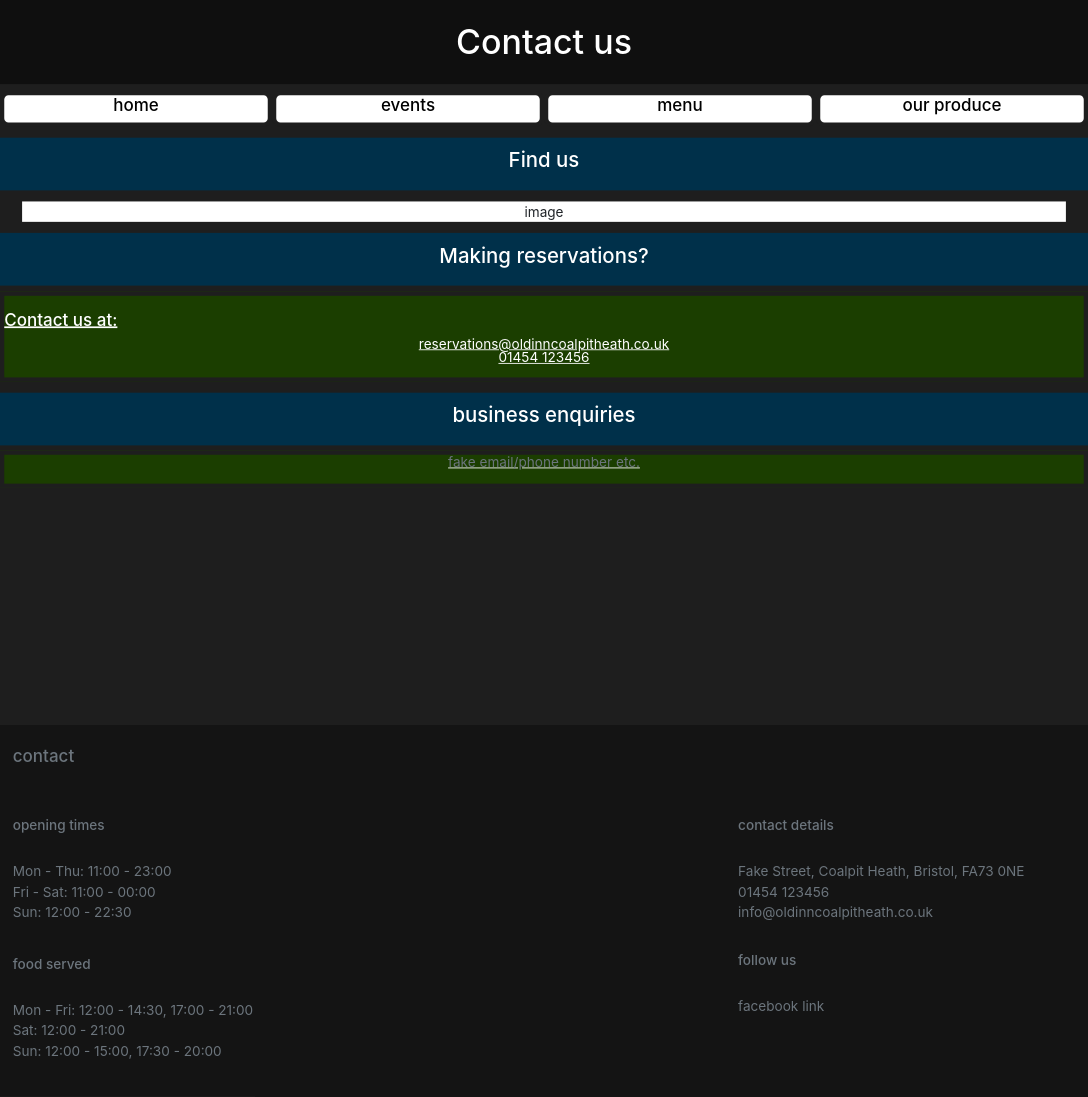
Repository: Code-Institute-Submissions/JamesLStudent-Milestone_One
Page: contacts.html
The author's editor kept a record of every edit. The page is drawn from the files as they stood at one moment, then again after the next edit.
The browser window is 1280 px wide. The pictures show the whole page, at 85% of full size.

Above is the page before.
Console error: TypeError: Cannot read properties of undefined (reading 'fn')

### contacts.html
<!DOCTYPE html>
<html lang="en">

<head>
    <meta charset="UTF-8">
    <meta name="viewport" content="width=device-width, initial-scale=1.0">
    <meta http-equiv="X-UA-Compatible" content="ie=edge">
    <title>Old Inn - Contact details</title>
    <link href="Assets/main.css" rel="stylesheet" type="text/css" />
    <link rel="stylesheet" href="https://stackpath.bootstrapcdn.com/bootstrap/4.3.1/css/bootstrap.min.css" integrity="sha384-ggOyR0iXCbMQv3Xipma34MD+dH/1fQ784/j6cY/iJTQUOhcWr7x9JvoRxT2MZw1T" crossorigin="anonymous">
    <script src="https://stackpath.bootstrapcdn.com/bootstrap/4.3.1/js/bootstrap.min.js" integrity="sha384-JjSmVgyd0p3pXB1rRibZUAYoIIy6OrQ6VrjIEaFf/nJGzIxFDsf4x0xIM+B07jRM" crossorigin="anonymous"></script>
</head>

<body class="bg">
    <div class="h1-box">
        <h1>Contact us</h1>
    </div>
    <a href="index.html">
        <div class="col-6 col-md-12 col-lg-3 navigation-item black-text">
            <h5>home</h5>
        </div>
    </a>
    <a href="events.html">
        <div class="col-6 col-md-12 col-lg-3 navigation-item black-text">
            <h5>events</h5>
        </div>
    </a>
    <a href="menu.html">
        <div class="col-12 col-md-12 col-lg-3 navigation-item black-text">
            <h5>menu</h5>
        </div>
    </a>
    <a href="produce.html">
        <div class="col-12 col-md-12 col-lg-3 navigation-item black-text">
            <h5>our produce</h5>
        </div>
    </a>
    <div class="centerer">
        <div class="subtitle">
            <h4>Find us</h4>
        </div>
        <div class="image spacer">image</div>
        <div class="subtitle">
            <h4>Making reservations?</h4>
        </div>
        <div class="sub-box">
            <p class="text-muted">
                <h5 class="left-align">Contact us at:</h5>
                reservations@oldinncoalpitheath.co.uk</br>
                01454 123456
            </p>
        </div>
        <div class="subtitle">
            <h4>business enquiries</h4>
        </div>
        <div class="sub-box">
            <p class="text-muted">fake email/phone number etc.</p>
        </div>
    </div>
    <footer>
        <div class="footer inline">
                <div class="col-12 footer-div text-muted">
                    <h5>contact</h5>
                </div>
                <div class="col-12 col-md-6 col-lg-8 left footer-div text-muted left-align">
                    <h6>opening times</h6>
                    <p class="left-align">
                        </br>
                        Mon - Thu: 11:00 - 23:00</br>
                        Fri - Sat: 11:00 - 00:00</br>
                        Sun: 12:00 - 22:30</br>
                        </br>
                    </p>
                    <h6>food served</h6>
                    <p class="left-align">
                        </br>
                        Mon - Fri: 12:00 - 14:30, 17:00 - 21:00</br>
                        Sat: 12:00 - 21:00</br>
                        Sun: 12:00 - 15:00, 17:30 - 20:00</p>
                </div>
                <div class="col-12 col-md-6 col-lg-4 left footer-div text-muted left-align">
                    <h6>contact details</h6>
                    <p class="left-align">
                        </br>Fake Street, Coalpit Heath, Bristol, FA73 0NE</br>01454 123456</br>
                        info@oldinncoalpitheath.co.uk</p>
                    <h6></br>follow us</h6>
                    <p></br>facebook link</p>
                </div>
            </div>
    </div>
    </footer>
</body>

</html>

### Assets/main.css
/*----------------- STYLES APPEARING ON MULTIPLE PAGES -----------------*/

.bg {
    position: absolute;
    top: 0;
    left: 0;
    bottom: 0;
    right: 0;
    display: block;
    background-color: #1e1e1e;
}

h1 {
    text-align: center;
    min-height: 40px;
    height: auto;
    padding: 2% 0 2% 0;
    color: #FFFFFF;
    background: rgba(0, 0, 0, 0.5);
}

.subtitle {
    text-align: center;
    padding: 3% 0 3% 0;
    margin: 5% 0 0 0;
    display: inline-block;
    width: 100%;
    min-height: 15px;
    height: auto;
    background-color: #00304A;
    color: #FFFFFF;
}

.sub-box {
    background-color: #1B3E00;
    height: auto;
    border: 5px solid #1e1e1e;
    line-height: 100%;
    margin-top: 3%;
    min-height: 6%;
    height: auto;
    color: #FFFFFF;
    text-decoration: underline;
}

.black-text {
    color: black;
}

.white-text {
    color: #FFFFFF;
}

footer {
    min-height: 20%;
    height: auto;
    display: block;
    bottom: 0;
    position: relative;
}

.footer {
    display: inline-block;
    margin-top: 5%;
    width: 100%;
    min-height: 100%;
    height: auto;
    background-color: #141414;
}

.centerer {
    height: 100%;
    text-align: center;
}

.left {
    float: left;
}

.right {
    float: right;
}

.clear {
    padding: 0;
    margin: 0;
}

.footer-div {
    padding: 2%;
}

.left-align {
    text-align: left;
}

.inline {
    display: inline-block;
}

.no-deco {
    text-decoration: none;
}

/*----------------- MAIN NAV ITEM -----------------*/

.navigation-item {
    background-color: #FFFFFF;
    float: left;
    text-align: center;
    border-radius: 10px;
    border: 5px solid #1e1e1e;
}

/*----------------- HOMEPAGE STYLE -----------------*/

.history {
    margin: 5% 2% 0 2%;
    display: inline-block;
    text-align: center;
    width: 96%;
    min-height: 50%;
    height: auto;
    background-color: #4A0030;
    padding: 0 2% 0 2%;
}

.alt-link {
    margin: 1% 2% 0% 2%;
    display: inline-block;
    text-align: center;
    width: 96%;
    min-height: 5%;
    height: auto;
    background-color: #2D2D2D;
    color: #FFFFFF;
}

.index-h1-background {
    background-image: url("./images/index-h1.jpg");
    background-position: center;
    background-repeat: no-repeat;
    background-size: cover;
    min-height: auto;
}

.history-img-one {
    background-image: url("./images/history-1.jpg");
    background-position: center;
    background-repeat: no-repeat;
    background-size: cover;
    height: 200px;
    width: 250px;
}

.history-img-two {
    background-image: url("./images/history-2.jpg");
    background-position: center;
    background-repeat: no-repeat;
    background-size: cover;
    height: 200px;
    width: 250px;
}

/*----------------- MENU STYLE -----------------*/

.small-link {
    line-height: 100%;
    display: inline-block;
    text-align: center;
    height: auto;
    background-color: #4A0030;
    border-radius: 10px;
    border: 5px solid #1e1e1e;
    color: #FFFFFF;
}

.small-link:hover {
    text-decoration: none;
    color: #FFFFFF;
    background-color: #320121;
}

.food {
    width: 30%;
    float: left;
    padding: 0;
}

.food-desc {
    width: 50%;
    float: left;
    border-left: 1px solid white;
    border-right: 1px solid white;
}

.food-cost {
    width: 20%;
    float: left;
}

.vert-align {
    position: relative;
    top: 50%;
    transform: translateY(-50%);
}

.menu-h1-background {
    background-image: url("./images/menu-h1.jpg");
    background-position: center;
    background-repeat: no-repeat;
    background-size: cover;
    min-height: auto;
}

/*----------------- EVENTS STYLE -----------------*/

.img-text {
    background-color: #304A00;
    height: auto;
    border-bottom: 5px solid #1e1e1e;
    border-right: 5px solid #1e1e1e;
    border-left: 5px solid #1e1e1e;
    line-height: 100%;
}

.image {
    height: auto;
    width: 96%;
    margin: 2% 2% 0 2%;
    background-color: #FFFFFF;
    overflow: hidden;
}

.spacer {
    margin-top: 5%;
}

.events-h1-background {
    background-image: url("./images/events-h1.jpg");
    background-position: center;
    background-repeat: no-repeat;
    background-size: cover;
    min-height: auto;
}

.moth-day {
    background-image: url("./images/moth-day.jpg");
}

.fath-day {
    background-image: url("./images/fath-day.jpg");
}

.christmas {
    background-image: url("./images/christmas.png");
}

.easter {
    background-image: url("./images/easter.jpg");
}

.events-img {
    background-position: center;
    background-repeat: no-repeat;
    background-size: cover;
    height: 150px;
    width: 290px;
}

/*----------------- PRODUCE STYLE -----------------*/

.produce {
    padding: 0 3% 0 3%;
}

.produce-h1-background {
    background-image: url("./images/produce-h1.jpg");
    background-position: center;
    background-repeat: no-repeat;
    background-size: cover;
    min-height: auto;
}

/*----------------- PRODUCE STYLE -----------------*/

.contacts-h1-background {
    background-image: url("./images/contacts-h1.jpg");
    background-position: center;
    background-repeat: no-repeat;
    background-size: cover;
    min-height: auto;
}

/*----------------- TABLET MEDIA QUERIES -----------------*/

@media (min-width: 768px) {
    .footer {
        margin-top: 3%;
    }
    .history {
        margin-top: 3%;
    }
    .alt-link {
        margin-top: 1%;
    }
    .subtitle {
        margin-top: 2.5%;
        padding: 1% 0 1% 0;
    }
    .spacer {
        margin-top: 3%;
    }
    .sub-box {
        margin-top: 2%;
    }
    .history-img-one {
        height: 400px;
        width: 450px;
    }
    .history-img-two {
        height: 500px;
        width: 550px;
    }
    .events-img {
        height: 190px;
        width: 730px;
    }
}

/*----------------- DESKTOP MEDIA QUERIES -----------------*/

@media (min-width: 992px) {
    .footer {
        margin-top: 2%;
    }
    .history {
        margin-top: 1%;
    }
    .alt-link {
        margin-top: 0.5%;
    }
    .subtitle {
        margin-top: 1%;
    }
    .spacer {
        margin-top: 1%;
    }
    .sub-box {
        margin-top: 0.5%;
    }
    .history-img-one {
        margin: 2% 2% 2% 2%;
        float: left;
    }
    .history-img-two {
        margin: 2% 2% 2% 2%;
        float: right;

    }
    .events-img {
        height: 230px;
        width: 1220px;
    }
}

After the next edit:
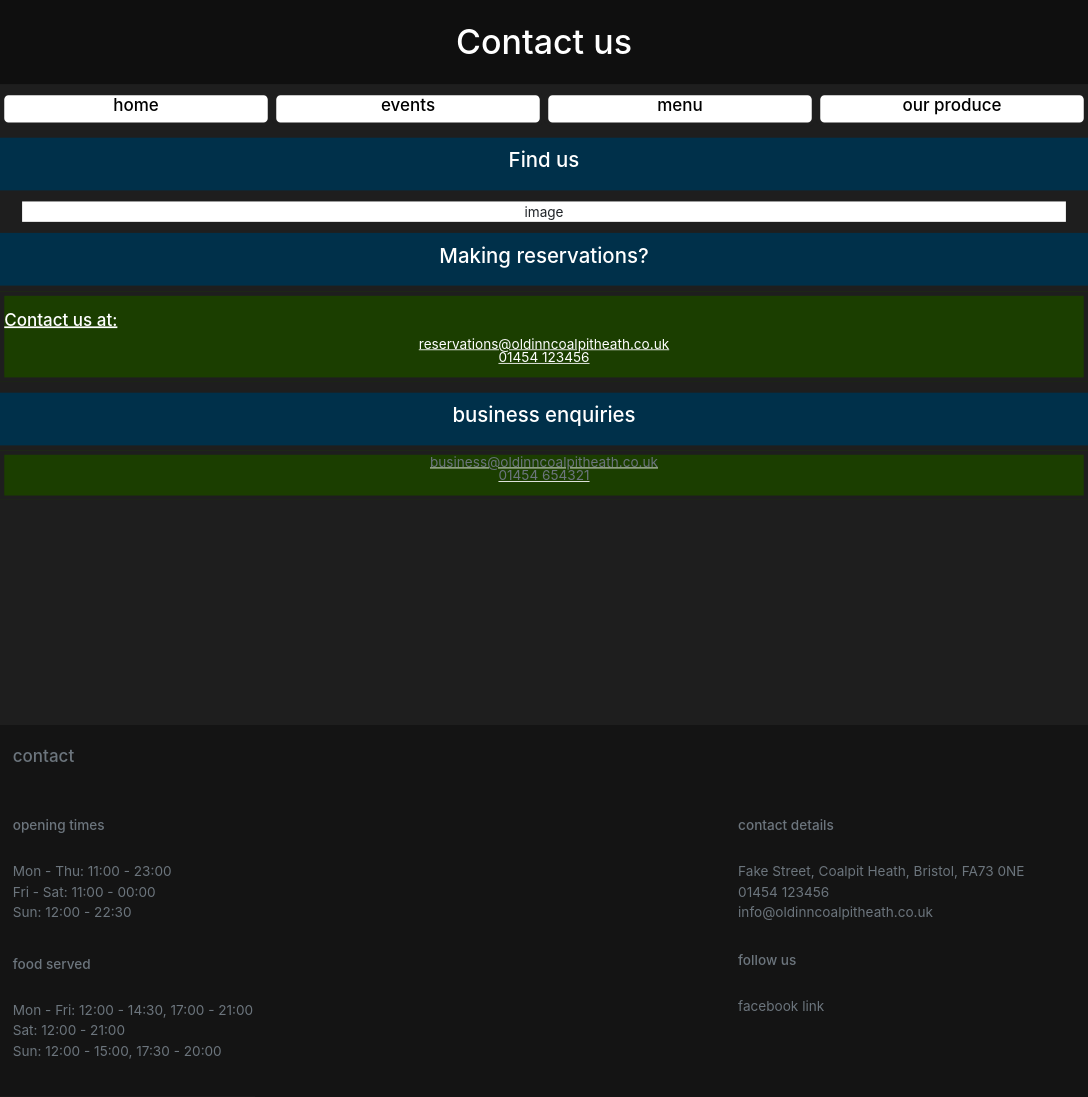
The edit:
--- a/contacts.html
+++ b/contacts.html
@@ -54,7 +54,10 @@
             <h4>business enquiries</h4>
         </div>
         <div class="sub-box">
-            <p class="text-muted">fake email/phone number etc.</p>
+            <p class="text-muted">
+                business@oldinncoalpitheath.co.uk</br>
+                01454 654321
+            </p>
         </div>
     </div>
     <footer>
